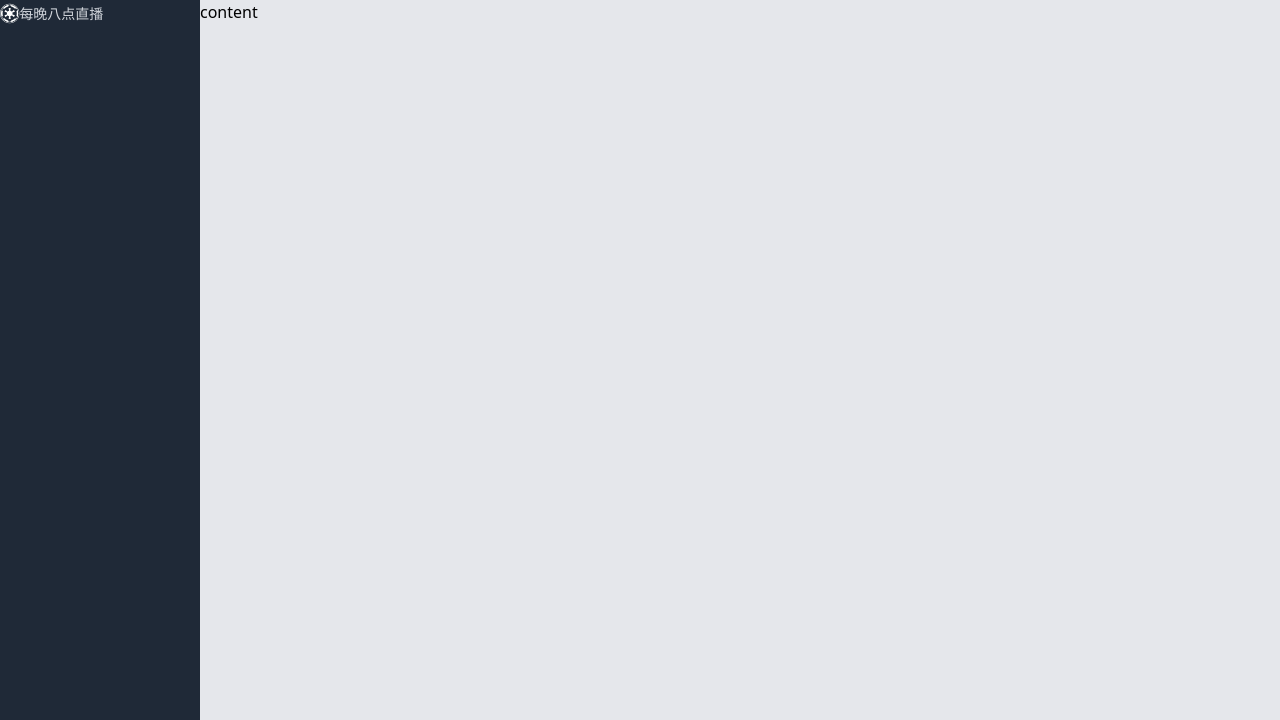
Repository: liangyingbo/vite-vue-TS
Page: /#/admin/home
The author's editor kept a copy of each file at every save. The page is drawn from the files as they stood at one save, then again after the next save.
The browser window is 1280 px wide. The pictures show the whole page.
The project was rebuilt for these pictures with package versions that can differ from the ones it lists, and the page was loaded fresh each time. Also part of the build but not shown: vite.config.ts, src/components/form/HdButton.vue, src/components/form/HdInput.vue, src/components/form/hdLink.vue, src/styles/global.scss.

Above is the page before, as saved 2022-11-18 19:28:20.

After the next save:
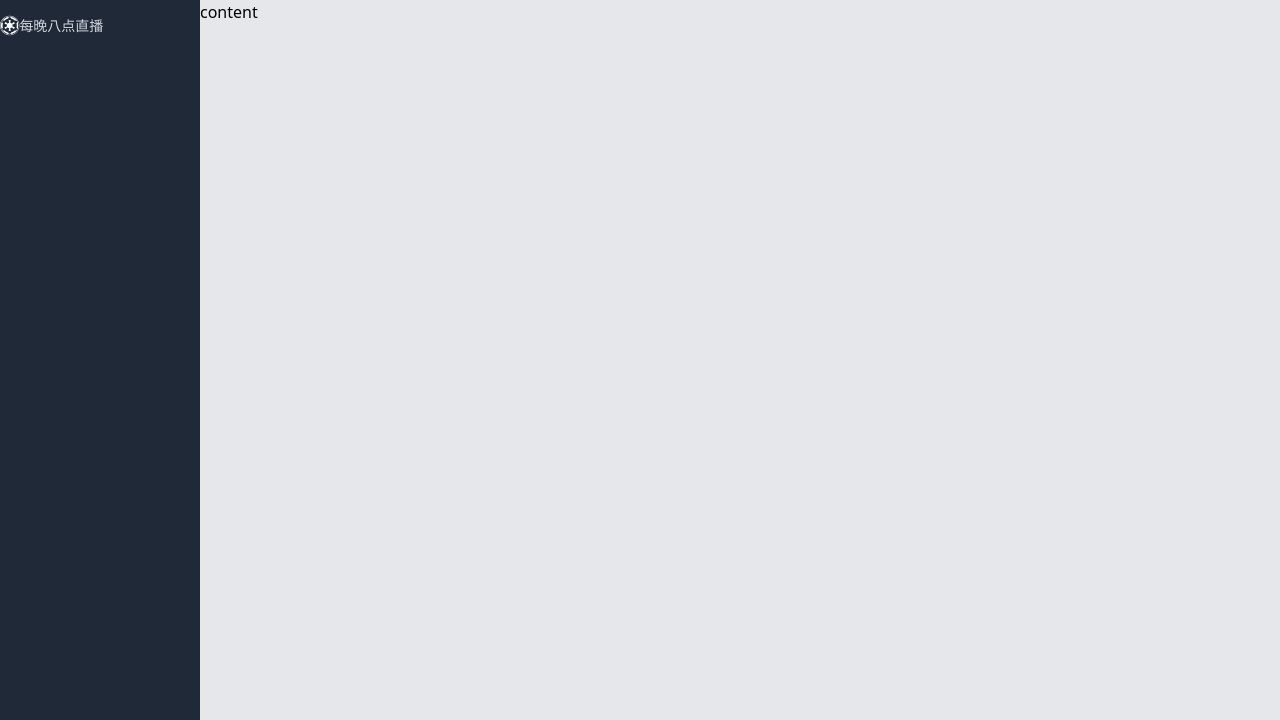
Saved 22 s later.
--- a/src/views/admin/home.vue
+++ b/src/views/admin/home.vue
@@ -1,7 +1,7 @@
 <template>
     <div class="w-screen h-screen flex ">
         <div class="w-[200px] bg-gray-800">
-             <div class="text-white flex items-center">
+             <div class="text-white flex items-center py-3">
                 <i class="fab fa-empire text-xl"></i>
                 <span class="text-sm text-gray-300">每晚八点直播</span>
              </div>
